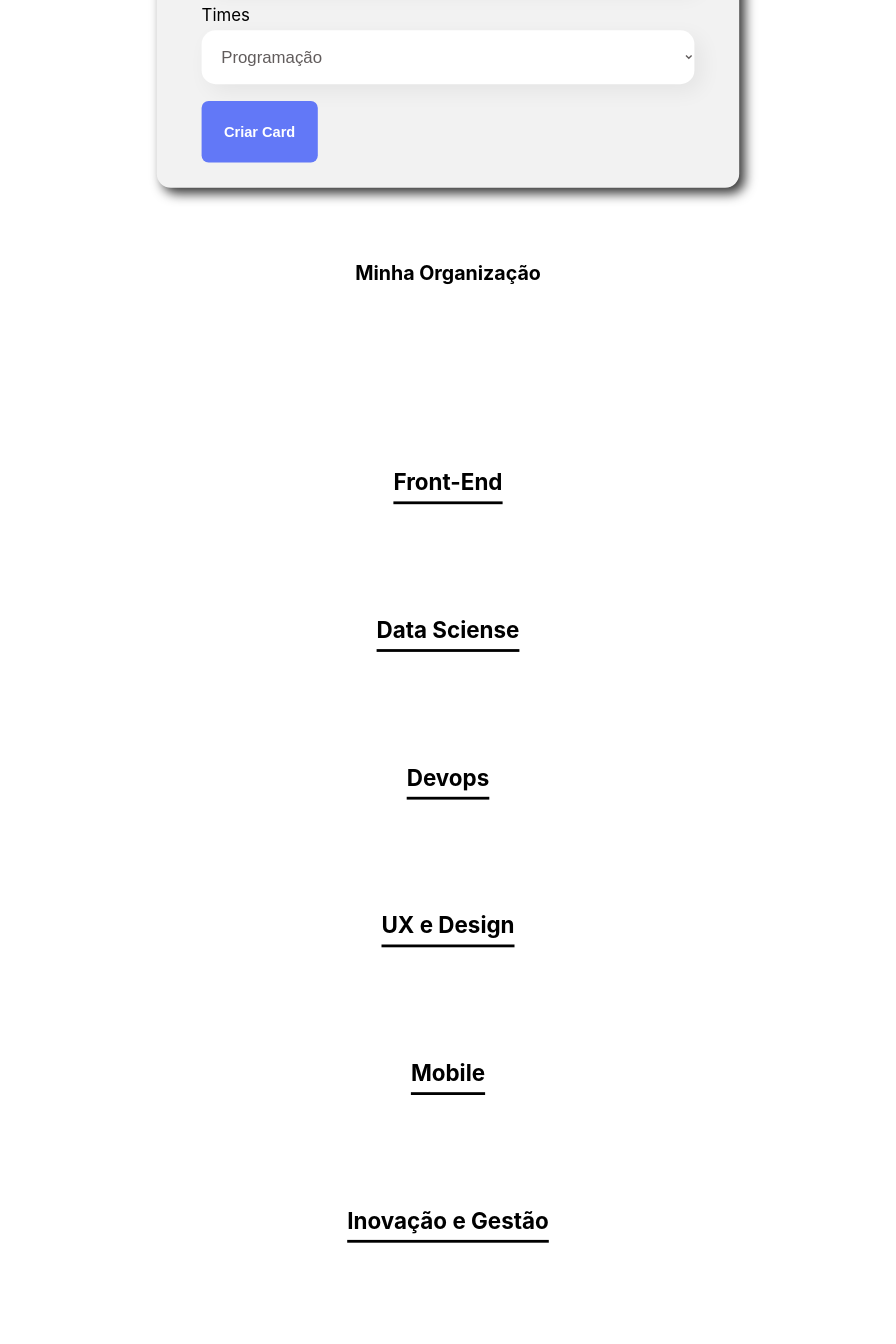
Repository: guilhermecardoso93/organo
Page: /
These files come from the project's save history. The page is drawn as it stood at one moment and after the next save; the edit follows.
The browser window is 1280 px wide. The pictures show the part of the page from y = 1135 to 3055 px (the page is 3055 px tall), at 70% of full size.
The project was rebuilt for these pictures with package versions that can differ from the ones it lists, and the page was loaded fresh each time.

Above is the page before, as saved 2024-05-26 19:44:26.

After the next save:
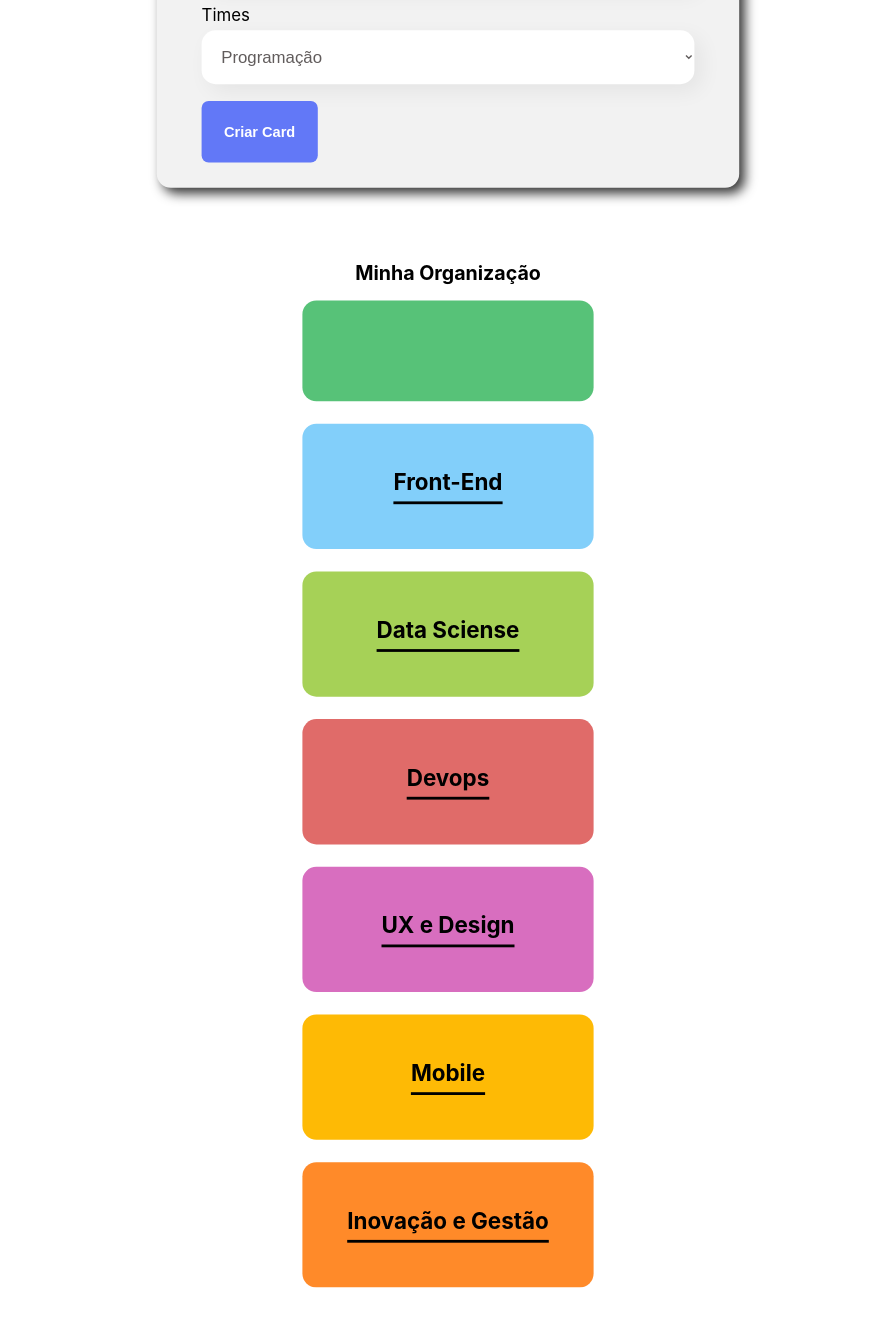
Saved 5 s later.
--- a/src/components/Times/index.js
+++ b/src/components/Times/index.js
@@ -48,7 +48,7 @@ export function Times(props) {
       </div>
       <div className="times-container-list">
         {times.map((time, index) => (
-          <Time name={time.name} key={index} />
+          <Time name={time.name} key={index} corPrimaria={time.corPrimaria} corSecundaria={time.corSecundaria}/>
         ))}
       </div>
     </div>
